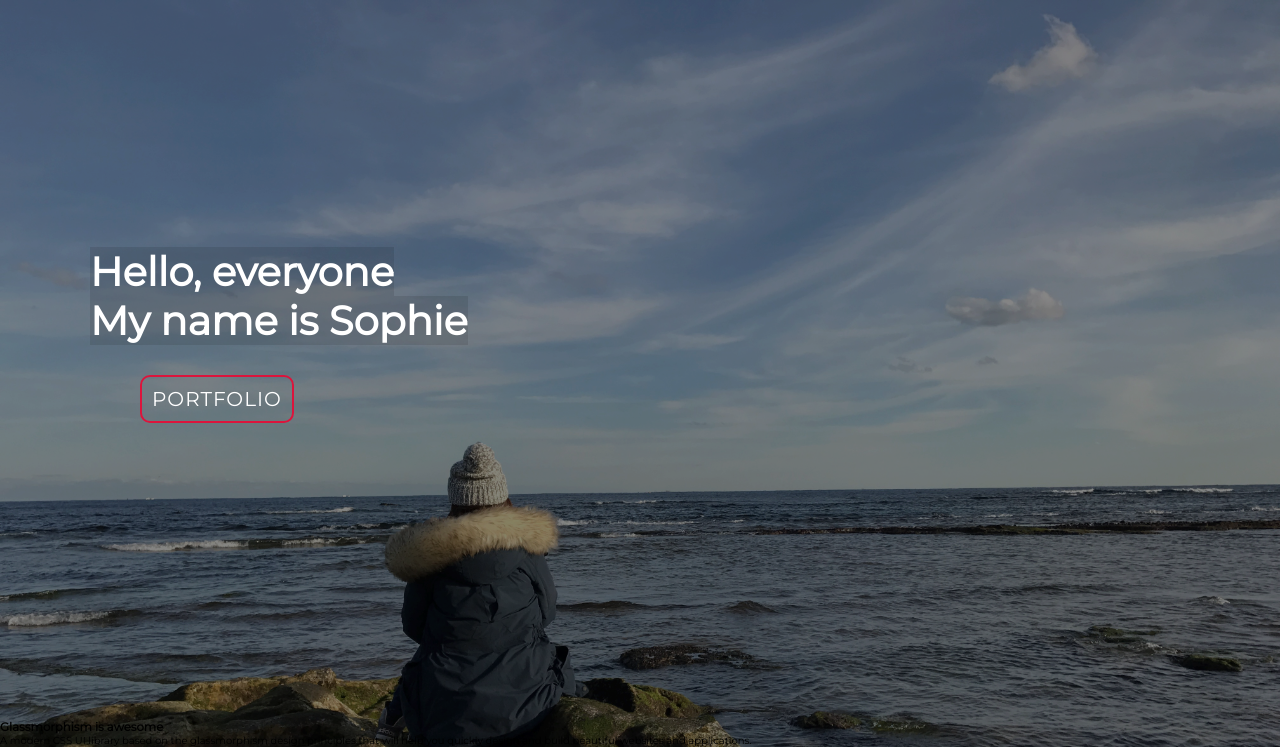
Repository: wenxi0504/StaticWebsite_Profolio
Page: index.html
The author's editor kept a copy of each file at every save. The page is drawn from the files as they stood at one save, then again after the next save.
The browser window is 1280 px wide. The pictures show the whole page.

Above is the page before, as saved 2022-03-02 22:13:42.

### index.html
<!DOCTYPE html>
<html lang="en">
<head>
    <meta charset="UTF-8">
    <meta http-equiv="X-UA-Compatible" content="IE=edge">
    <meta name="viewport" content="width=device-width, initial-scale=1.0">
    <link rel="stylesheet" href="style.css">
    <title>Portfolio</title>
</head>
<body>

    <!-- Introduction section -->
    <section id="myIntro">
        <div class="myIntro container">
            <div class="card">
                <h1 >
                    Hello, everyone <span></span>
                </h1>
                <h1>
                    My name is Sophie <span></span>
                </h1>
                <a href="#" type="button" class="cta">Portfolio</a>
            </div>
        </div>
        <div class="card">
            <h3 class="card-title">Glassmorphism is awesome</h3>
            <p>A modern CSS UI library based on the glassmorphism design principles that will help you quickly design and build beautiful websites and applications.</p>

        </div>

    </section>

</body>
</html>

### style.css
/* import custom font from GoogleFonts */
@import "https://fonts.googleapis.com/css?family=Montserrat:300, 400, 700&display=swap";
* {
  margin: 0px;
  padding: 0px;
  box-sizing: border-box;
}

html {
  font-size: 10px;
  font-family: "Montserrat", sans-serif;
}

a {
  text-decoration: none;
}

.container {
  min-height: 100vh;
  width: 100%;
  display: flex;
  align-items: center;
  justify-content: center;
}

/* myIntro section */
#myIntro {
  background-image: url(./images/ProfolioBackground.jpg);
  background-size: cover;
  background-position: top center;

  position: relative;
  z-index: 1;

}

/* background blurring */
#myIntro ::after {
  content: '';
  position: absolute;
  left: 0px;
  top: 0px;
  height: 100%;
  width: 100%;
  background-color:black;
  opacity: 10%;
  z-index: -1;
}

/* setup the max-width window */
#myIntro .myIntro{
max-width: 1200px;
margin: 0 auto;
padding: 0 50px;
justify-content: flex-start;
}



#myIntro h1 {
  position: relative;
  display: block;
  width: fit-content;
  font-size: 4rem;
  color: white;
  /* animation: text_reveal 0.5s ease forwards;
  animation-delay: 1s;
*/
}

#myIntro h1:nth-child(1){
  animation-delay:1s;
}

#myIntro h1:nth-child(2){
  animation-delay:2s;
}

#myIntro h1 span{
position: absolute;
top:0;
left:0;
height: 100%;
width: 0;
background-color:crimson;
animation: text_reveal_box 1s ease;
animation-delay:0.5s

}

#myIntro h1:nth-child(1) span {
	animation-delay: 0.5s;
}
#myIntro h1:nth-child(2) span {
	animation-delay: 1.5s;
}

#myIntro .cta {
  display: inline-block;
  margin-left: 5rem;
  margin-bottom: 5rem;
  padding: 1rem 1rem;
  color: white;
  background-color: transparent;
  border: 2px solid crimson;
  border-radius: 10px;
  font-size: 2rem;
  text-transform: uppercase;
  letter-spacing: 0.1rem;
  margin-top: 30px;
  transition: 0.3s ease;
  transition-property: background-color;
}

#myIntro .cta:hover {
  background-color: crimson;
}

/* end myIntro section */

/* keyframes */
/* @keyframes text_reveal_box {
	50% {
		width: 100%;
		left: 0;
	}
	100% {
		width: 0;
		left: 100%;
	}
}
@keyframes text_reveal {
	100% {
		color: white;
	}
} */

After the next save:
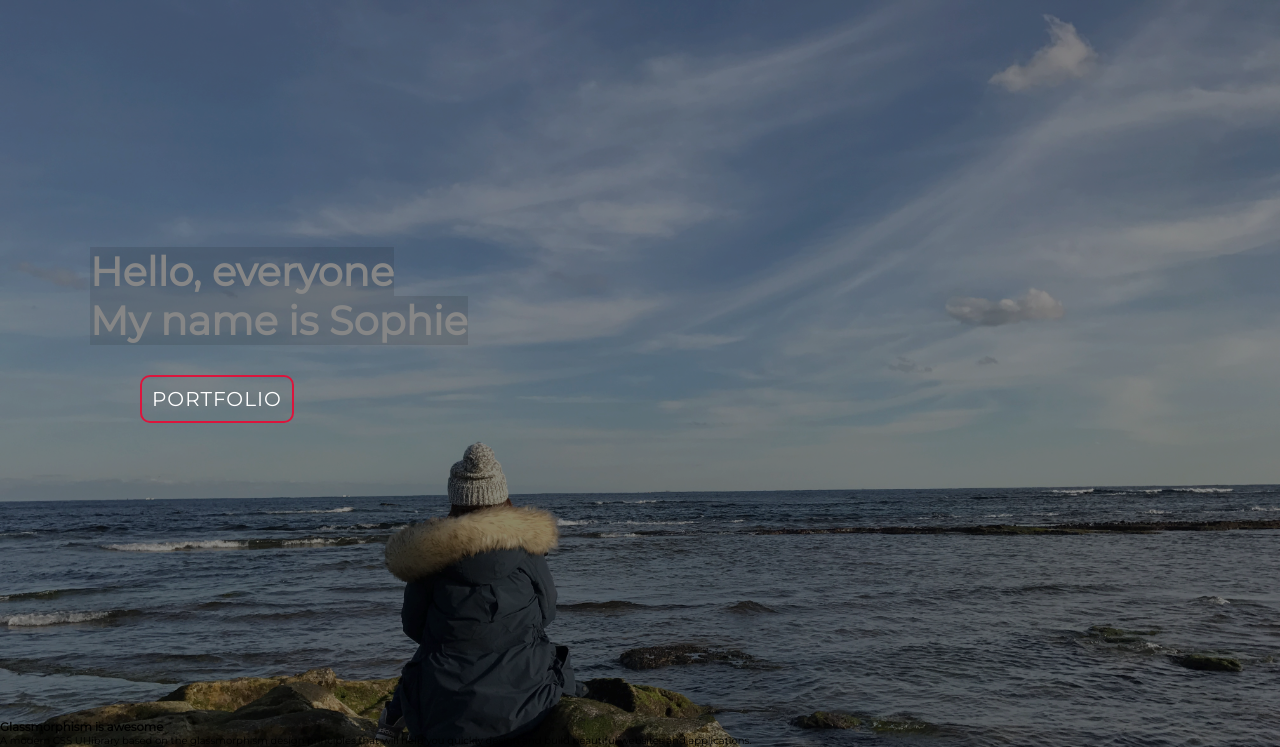
Saved 33 s later.
--- a/style.css
+++ b/style.css
@@ -66,6 +66,7 @@
   /* animation: text_reveal 0.5s ease forwards;
   animation-delay: 1s;
 */
+z-index: -2;
 }
 
 #myIntro h1:nth-child(1){

After the 2 saves that followed:
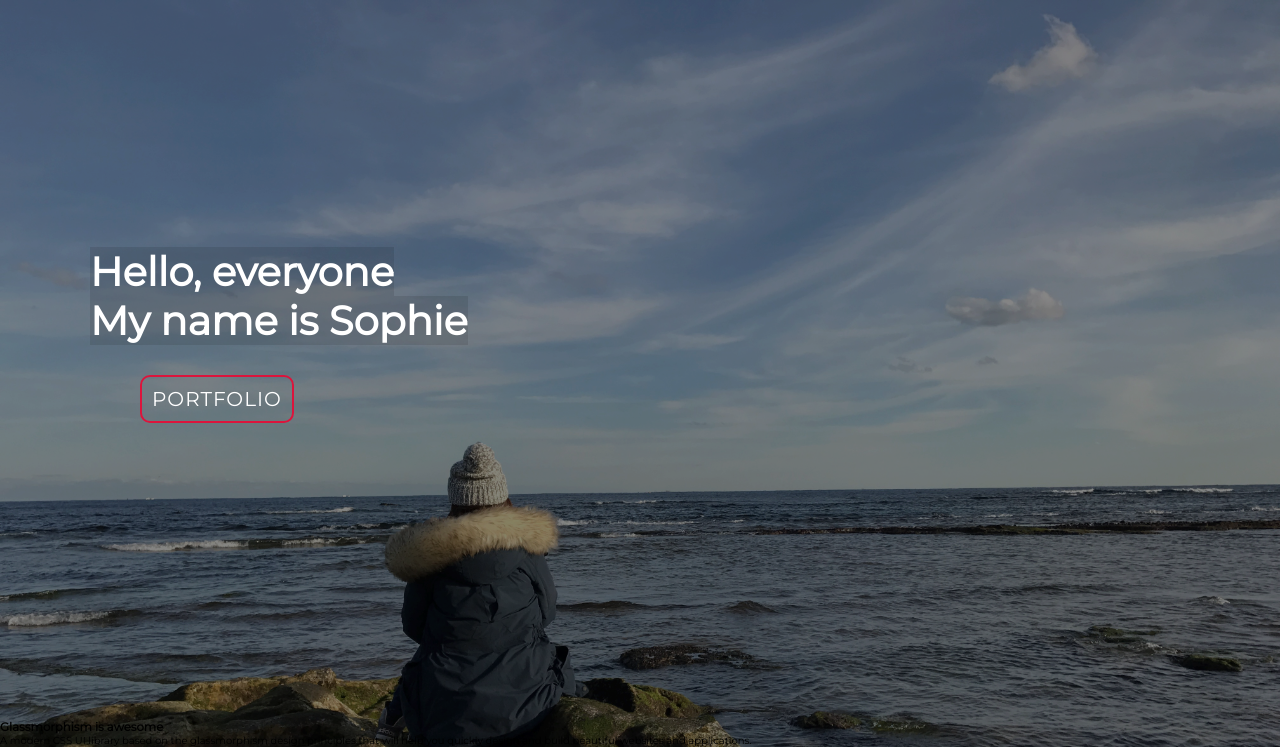
The 2 saves are shown as one change because 1 left the picture as it was.
The last was saved 26 s later.
--- a/style.css
+++ b/style.css
@@ -66,7 +66,7 @@
   /* animation: text_reveal 0.5s ease forwards;
   animation-delay: 1s;
 */
-z-index: -2;
+z-index: 0;
 }
 
 #myIntro h1:nth-child(1){
